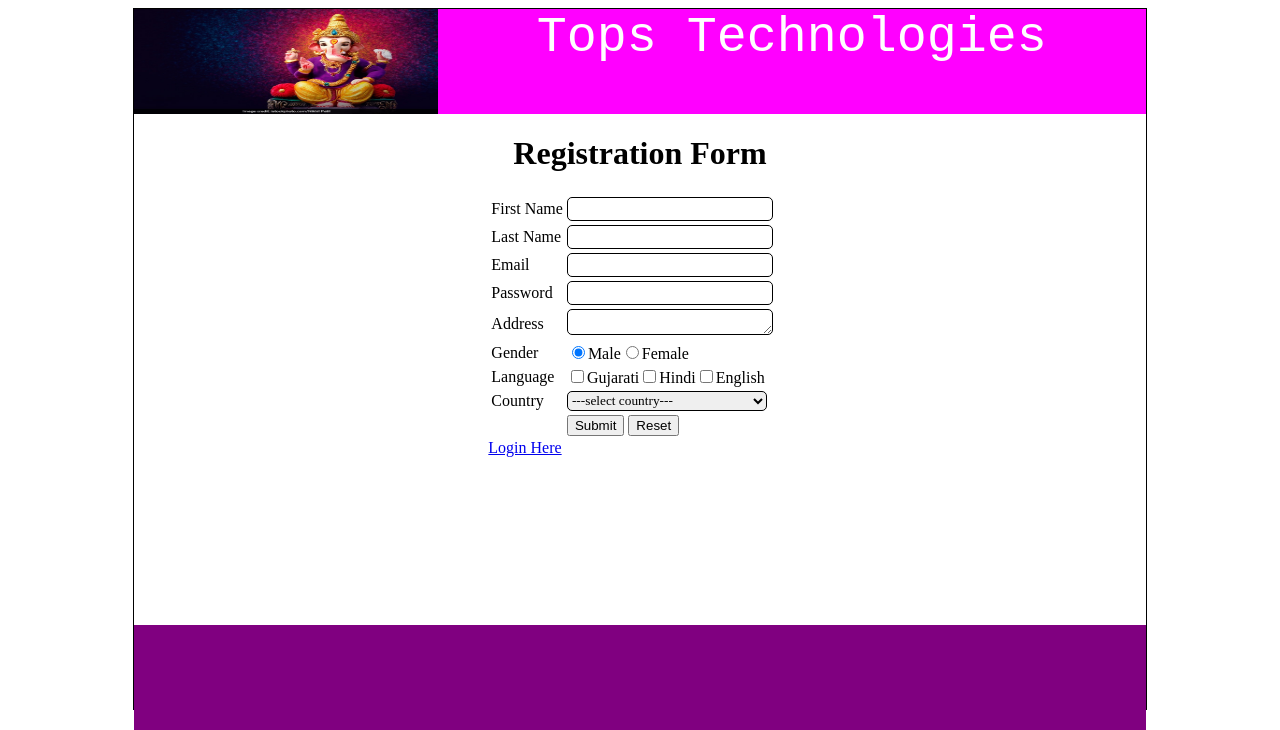
Repository: Laxman877/MyWorkspace
Page: Corejava/Learning_Web/src/main/webapp/division.html
An editor plug-in stored every save of this project. The page is shown before and after the next save, followed by the edit.
The browser window is 1280 px wide. The pictures show the whole page.

Above is the page before, as saved 2022-04-27 05:45:23.

### Corejava/Learning_Web/src/main/webapp/division.html
<!DOCTYPE html>
<html>
<head>
<meta charset="ISO-8859-1">
<title>Learn Div</title>
<link href="css/style1.css" rel="stylesheet">
</head>
<body>
<div id="container">
<div id="header">
<div id="logo">
<img alt="" src="image/ganpati bappa.jpg" height="100%" width="100%">
</div>
<div id="title">Tops Technologies</div>
</div>
<div id="main">
<h1 align="center">Registration Form</h1>
<form action="success.html" method="post">
<table>

<tr>
<td><label>First Name</label></td>
<td><input type="text" name="fname" class="textfield"></td>
</tr>

<tr>
<td><label>Last Name</label></td>
<td><input type="text" name="lname" class="textfield"></td>
</tr>

<tr>
<td><label>Email</label></td>
<td><input type="text" name="email" class="textfield"></td>
</tr>

<tr>
<td><label>Password</label></td>
<td><input type="text" name="pass" class="textfield"></td>
</tr>

<tr>
<td><label>Address</label></td>
<td><textarea rows="2" cols="20" name="adr" class="textfield"></textarea></td>
</tr>

<tr>
<td><label>Gender</label></td>
<td><input type="radio" name="gender" checked="checked">Male<input type="radio" name="gender">Female</td>
</tr>

<tr>
<td><label>Language</label></td>
<td><input type="checkbox">Gujarati<input type="checkbox">Hindi<input type="checkbox">English</td>
</tr>

<tr>
<td><label>Country</label></td>
<td><select class="textfield"><option>---select country---</option>
<option>India</option>
<option>USA</option>
<option>UK</option>
</select></td>
</tr>

<tr>
<td></td>
<td><input type="submit" class="btn btn-smt">
<input type="reset" class="btn btn-rst"></td>
</tr>

</table>

<a href="Home.html">Login Here</a>
</form>
</div>
<div id="footer"></div>
</div>
</body>
</html>

### Corejava/Learning_Web/src/main/webapp/css/style1.css
@charset "ISO-8859-1";

#container
{
	width: 80%;
	height: 700px;
	border: 1px	solid black;
	margin: auto;
}
#header
{
	height: 15%;
	background-color: purple;
}
#logo
{
	width: 30%;
	background-color: lime;
	height: 100%;
	float: left;
}
#title
{
	width: 70%;
	background-color: fuchsia;
	height: 100%;
	float: right;
	font-size: 50px;
	text-align: center;
	color: white;
	font-family: monospace;
}
#main
{
	height: 70%;
}
#footer
{
	height: 15%;
	background-color: purple;
}
form
{
	width: 30%;
	margin: auto;
}
.textfield
{
	width: 200px;
	height: 20px;
	border: 1px solid black;
	border-radius: 5px 5px 5px 5px;
	font-family: serif;
}

After the next save:
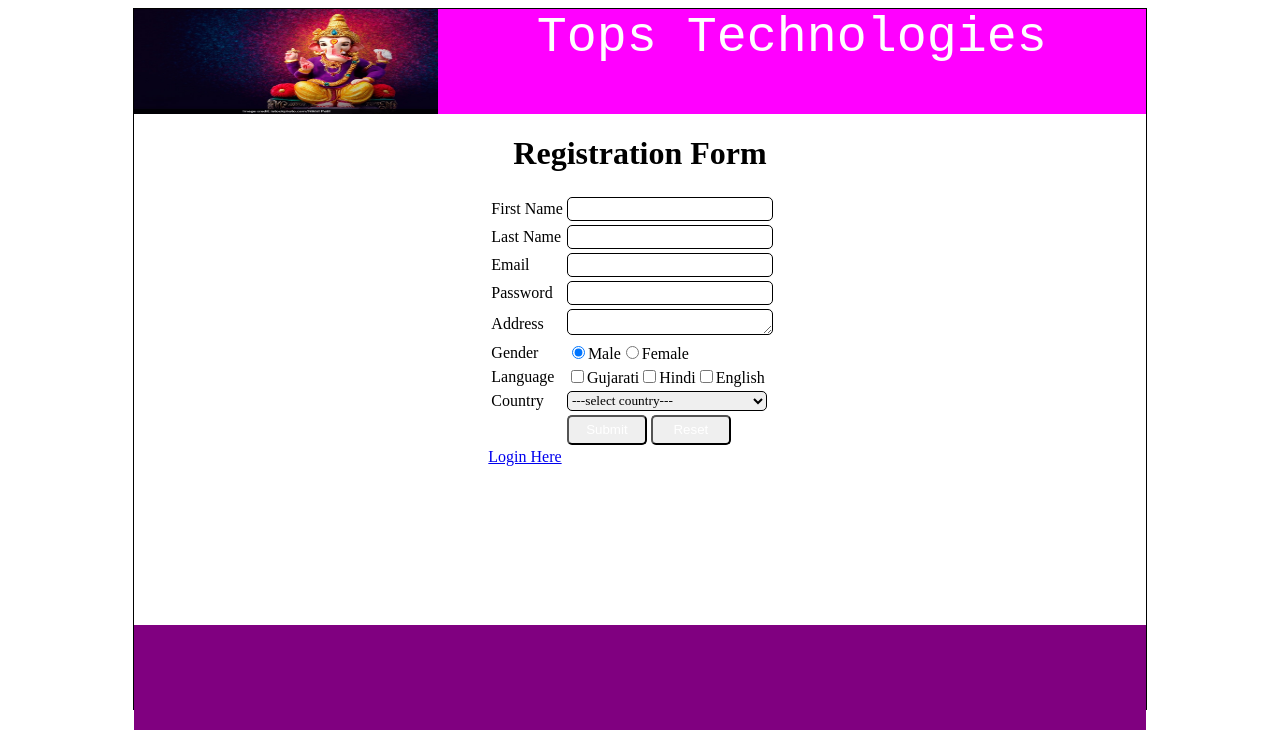
Saved 95 s later.
--- a/Corejava/Learning_Web/src/main/webapp/css/style1.css
+++ b/Corejava/Learning_Web/src/main/webapp/css/style1.css
@@ -52,3 +52,10 @@ form
 	border-radius: 5px 5px 5px 5px;
 	font-family: serif;
 }
+.btn
+{
+	width: 80px;
+	height: 30px;
+	border-radius: 5px 5px 5px 5px;
+	color: white;
+}
